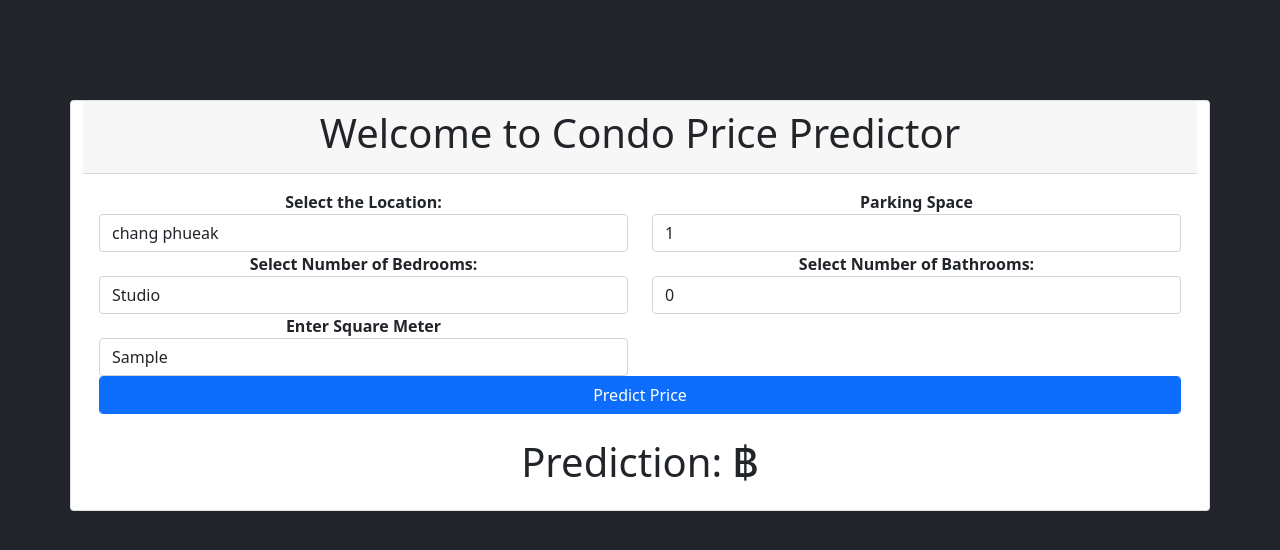
Repository: myothida/condoprice_CNX
Page: http://localhost/
These files come from the project's save history. The page is drawn as it stood at one moment and after the next save; the edit follows.
The browser window is 1280 px wide. The pictures show the whole page.
Empty fields were first filled with sample values (such as "Sample", 5 or name@example.com).
After loading, the first visible `button.btn` was clicked once.
The page is served by the project's application, run on Flask 3 (main.py).

Above is the page before, as saved 2023-09-26 22:47:13.

After the next save:
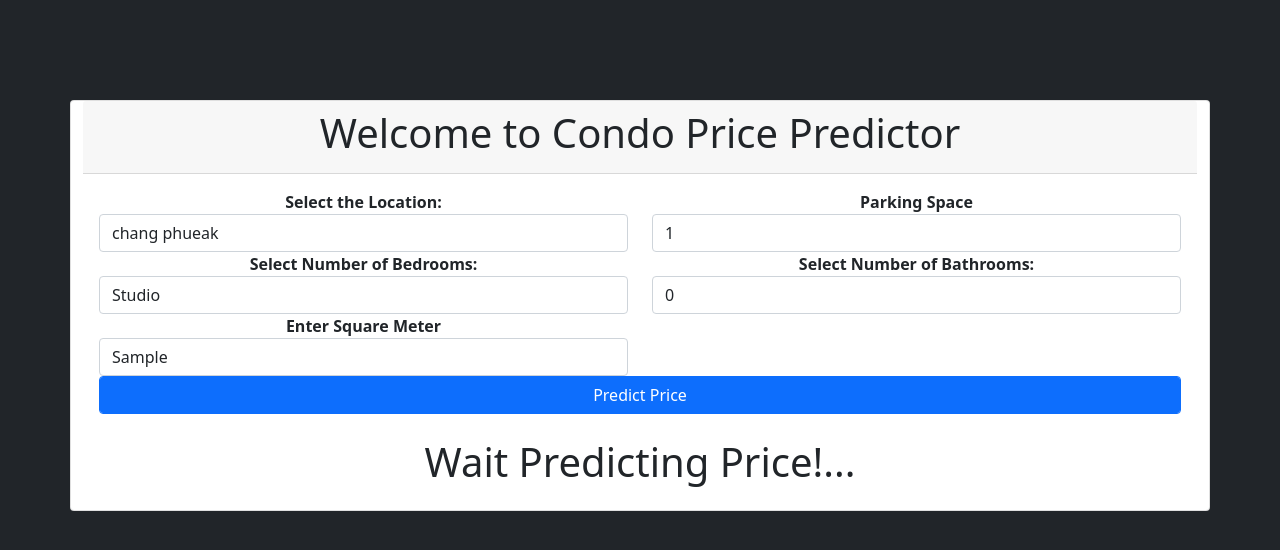
Console error: TypeError: xhr.onload is not a function
Saved 17 s later.
--- a/templates/index.html
+++ b/templates/index.html
@@ -129,11 +129,9 @@
               "Prediction:  ฿" + xhr.responseText;
           }
         };
+        xhr.onload() = function(){
 
-        // Assign the function to xhr.onload without invoking it
-        xhr.onload = function () {
-          // Code to execute when the request has completed successfully
-        };
+        }
 
         xhr.send(fd);
       }

After the save that followed:
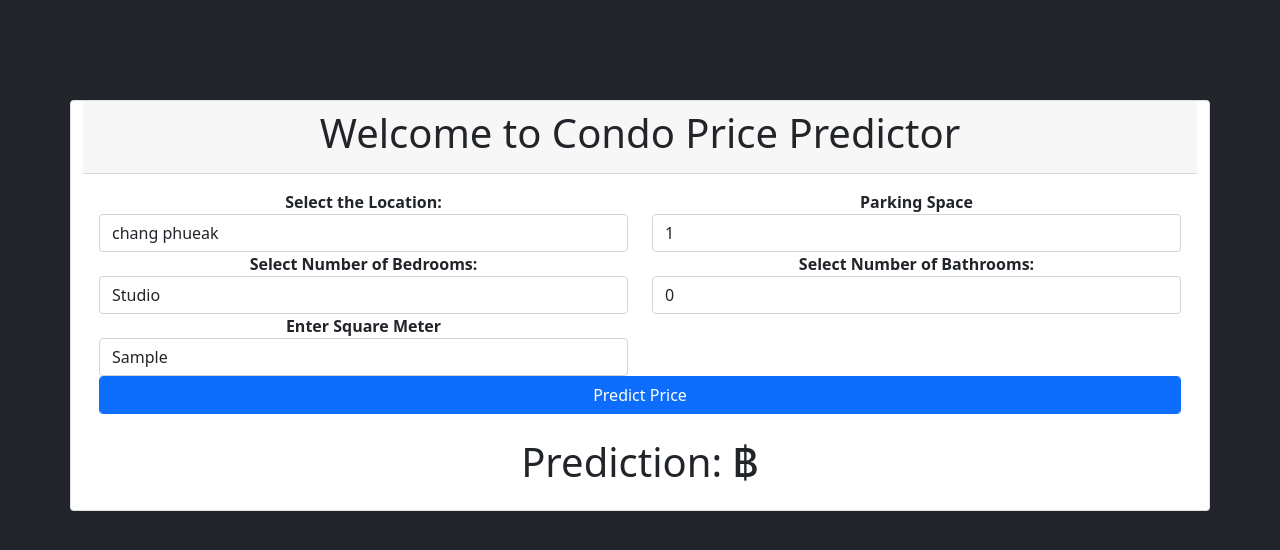
The error is gone.
Saved 21 s later.
--- a/templates/index.html
+++ b/templates/index.html
@@ -129,9 +129,7 @@
               "Prediction:  ฿" + xhr.responseText;
           }
         };
-        xhr.onload() = function(){
-
-        }
+        xhr.onload = function () {};
 
         xhr.send(fd);
       }
